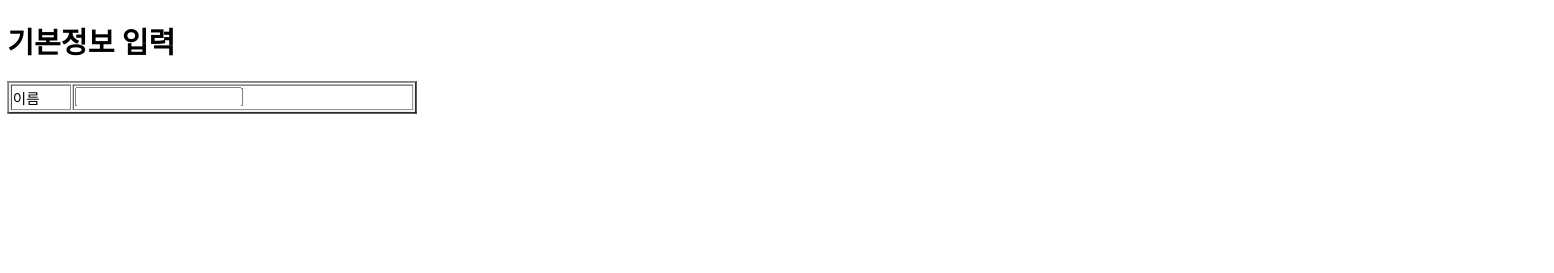
Repository: Cheol-Cheol/KOSA
Page: Kcc_web/Html/WebContent/mission/3.html
The author's editor kept a copy of each file at every save. The page is drawn from the files as they stood at one save, then again after the next save.
The browser window is 1280 px wide. The page is 1280 px wide, then 1708 px, then 1280 px, so the pictures cover 1708 px, including what lies to the right of the window. The pictures show the whole page, at 91% of full size.

Above is the page before, as saved 2024-07-08 06:20:43.

After the next save:
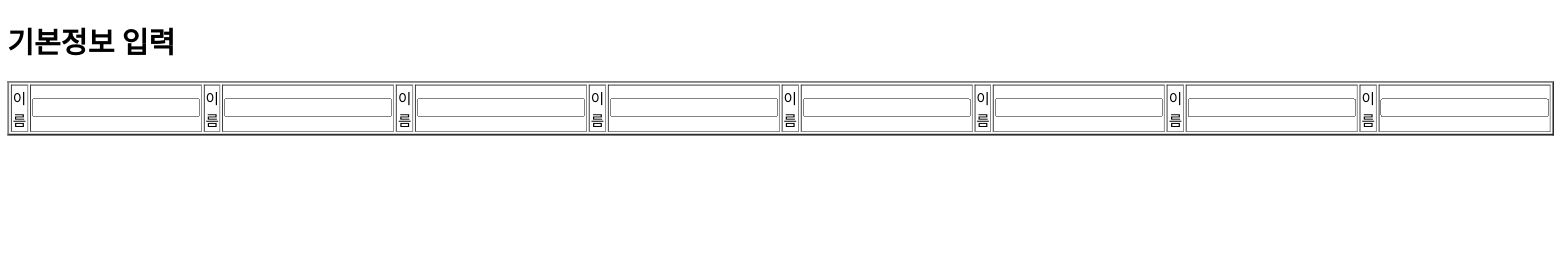
Saved 27 s later.
--- a/Kcc_web/Html/WebContent/mission/3.html
+++ b/Kcc_web/Html/WebContent/mission/3.html
@@ -10,6 +10,20 @@
 		<table width="450" border="2">
 			<td>이름</td>
 			<td><input type="text" /></td>
+			<td>이름</td>
+			<td><input type="text" /></td>
+			<td>이름</td>
+			<td><input type="text" /></td>
+			<td>이름</td>
+			<td><input type="text" /></td>
+			<td>이름</td>
+			<td><input type="text" /></td>
+			<td>이름</td>
+			<td><input type="text" /></td>
+			<td>이름</td>
+			<td><input type="text" /></td>
+			<td>이름</td>
+			<td><input type="text" /></td>
 		</table>
 	</form>
 </body>

After the 2 saves that followed:
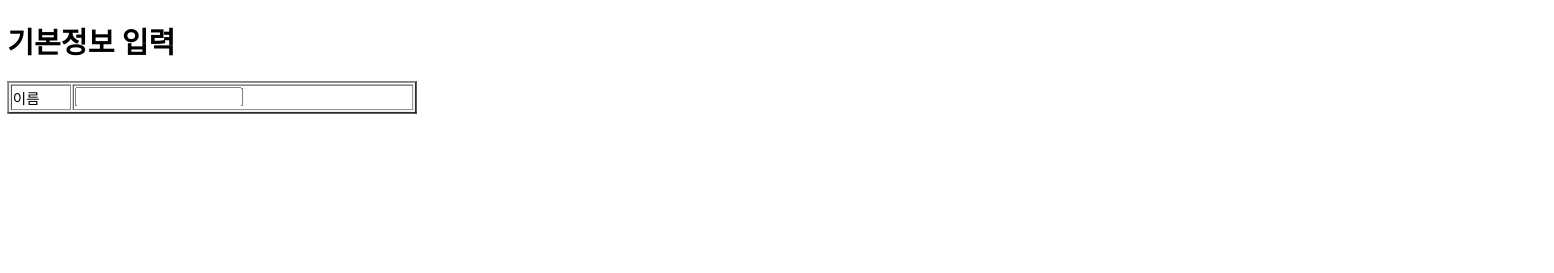
The 2 saves are shown as one change because they came seconds apart.
The last was saved 27 s later.
--- a/Kcc_web/Html/WebContent/mission/3.html
+++ b/Kcc_web/Html/WebContent/mission/3.html
@@ -8,22 +8,10 @@
 	<h1>기본정보 입력</h1>
 	<form action="#">
 		<table width="450" border="2">
-			<td>이름</td>
-			<td><input type="text" /></td>
-			<td>이름</td>
-			<td><input type="text" /></td>
-			<td>이름</td>
-			<td><input type="text" /></td>
-			<td>이름</td>
-			<td><input type="text" /></td>
-			<td>이름</td>
-			<td><input type="text" /></td>
-			<td>이름</td>
-			<td><input type="text" /></td>
-			<td>이름</td>
-			<td><input type="text" /></td>
-			<td>이름</td>
-			<td><input type="text" /></td>
+			<tr>
+				<td>이름</td>
+				<td><input type="text" /></td>
+			</tr>
 		</table>
 	</form>
 </body>
